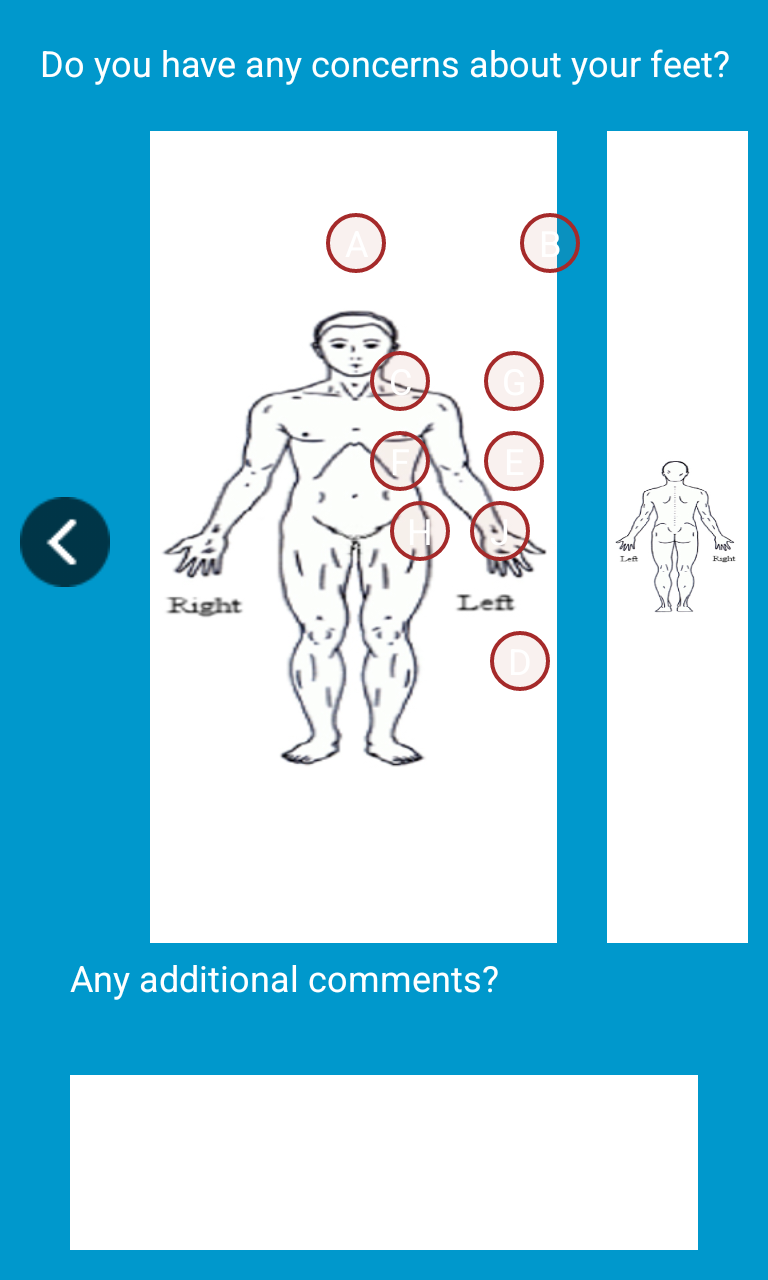
Repository: nanoweb12/GoodFeetAppNew
Layout: GoodFeetapp/res/layout/body.xml
These files come from the project's save history. The layout is drawn as it stood at one moment and after the next save; the edit follows.
It is drawn on a 768 x 1280 px phone screen (xhdpi) without system bars, with theme MyTheme; the app's code is not run.

Above is the layout before, as saved 2015-02-18 07:38:32.

After the next save:
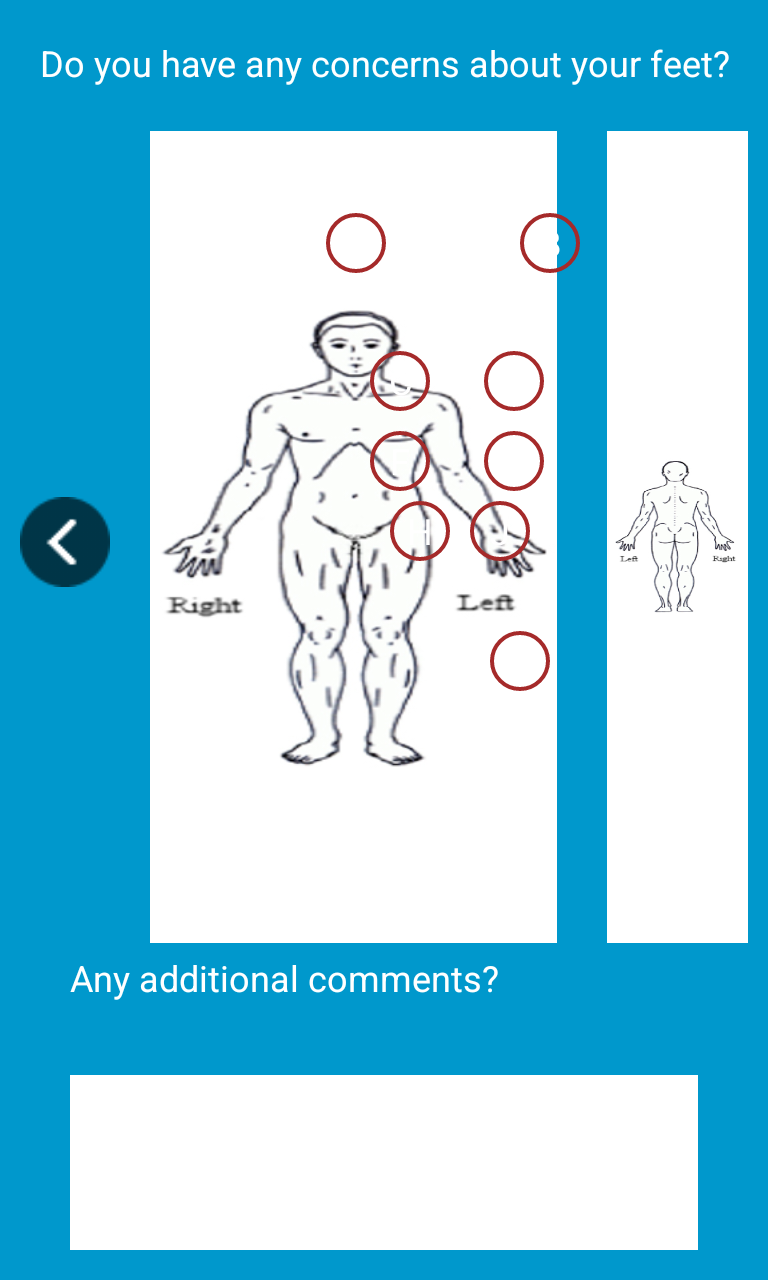
Saved 56 s later.
--- a/GoodFeetapp/res/drawable/round_button.xml
+++ b/GoodFeetapp/res/drawable/round_button.xml
@@ -1,9 +1,7 @@
 <?xml version="1.0" encoding="utf-8"?>
 <shape xmlns:android="http://schemas.android.com/apk/res/android"
     android:shape="oval">
-    <solid android:color="#109F2200"
 
-        />
 
     <stroke android:width="2dp" android:color="#A52A2A" />
 </shape>

After the save that followed:
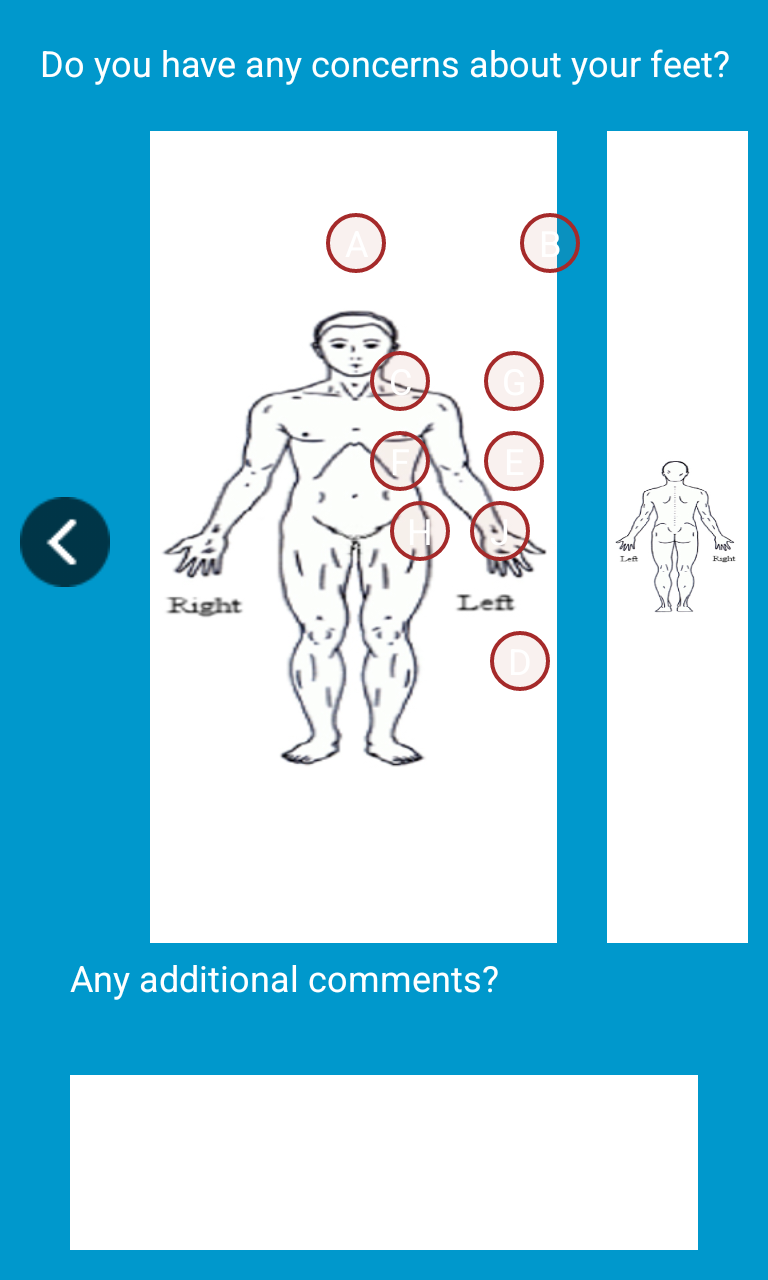
Saved 4 min 14 s later.
--- a/GoodFeetapp/res/drawable/round_button.xml
+++ b/GoodFeetapp/res/drawable/round_button.xml
@@ -1,7 +1,9 @@
 <?xml version="1.0" encoding="utf-8"?>
 <shape xmlns:android="http://schemas.android.com/apk/res/android"
     android:shape="oval">
+    <solid android:color="#109F2200"
 
+        />
 
     <stroke android:width="2dp" android:color="#A52A2A" />
 </shape>
